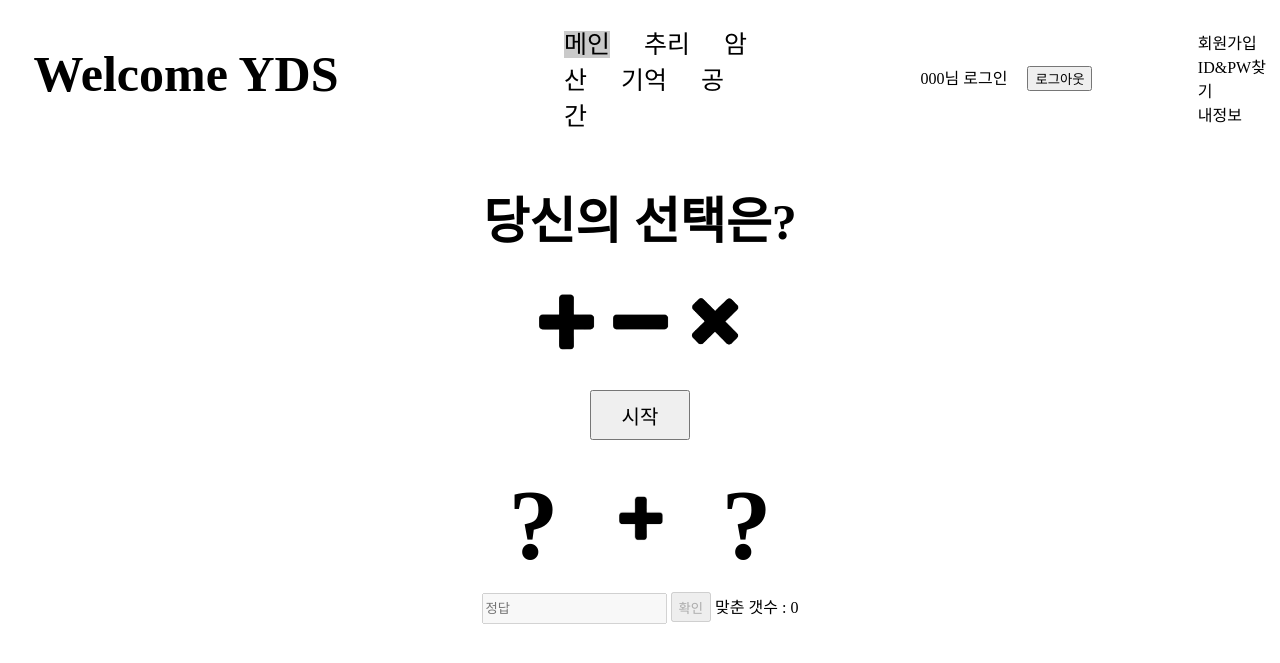
Repository: ejrtn/springbootMaven
Page: deoksu/src/main/resources/static/math.html
An editor plug-in stored every save of this project. The page is shown before and after the next save, followed by the edit.
The browser window is 1280 px wide. The pictures show the whole page.

Above is the page before, as saved 2021-04-10 16:34:21.

After the next save:
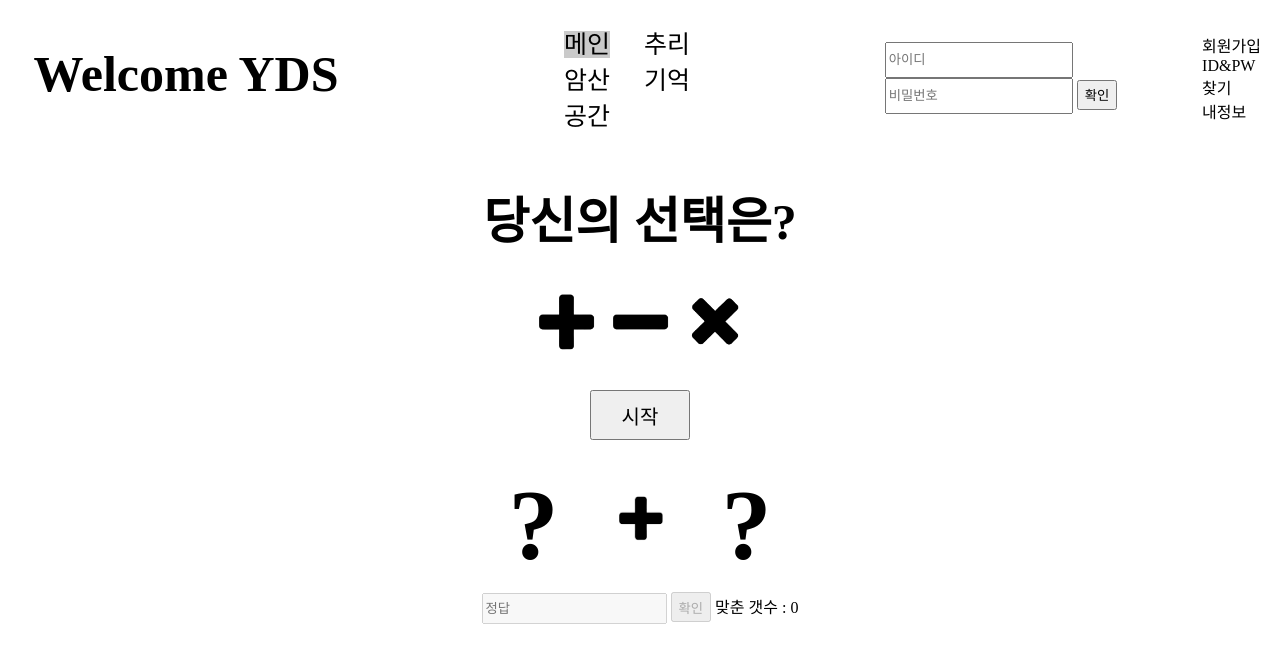
Saved 55 s later.
--- a/deoksu/src/main/resources/static/math.html
+++ b/deoksu/src/main/resources/static/math.html
@@ -134,10 +134,10 @@
 					<label style="font-size: 25px; cursor: pointer; margin-right: 30px;" onclick="location.href='space'">공간</label>
 				</td>
 				<td style="padding-left: 50px; width: 450px;">
-<!-- 					<input type="text" placeholder="아이디" style="height: 30px; width: 180px;"> -->
-<!-- 					<input type="password" placeholder="비밀번호" style="height: 30px; width: 180px;"> -->
-<!-- 					<input type="button" value="확인" style="height: 30px;"> -->
-					<label>000님 로그인</label><input type="button" value="로그아웃" style="margin-left: 20px;">
+					<input type="text" placeholder="아이디" style="height: 30px; width: 180px;">
+					<input type="password" placeholder="비밀번호" style="height: 30px; width: 180px;">
+					<input type="button" value="확인" style="height: 30px;">
+<!-- 					<label>000님 로그인</label><input type="button" value="로그아웃" style="margin-left: 20px;"> -->
 				</td>
 				<td style="padding-left: 50px; width: 100px;">
 					<label onmouseover="join(1)" onmouseout="join(2)" id="join" style="cursor: pointer;" onclick="">회원가입</label><br>
